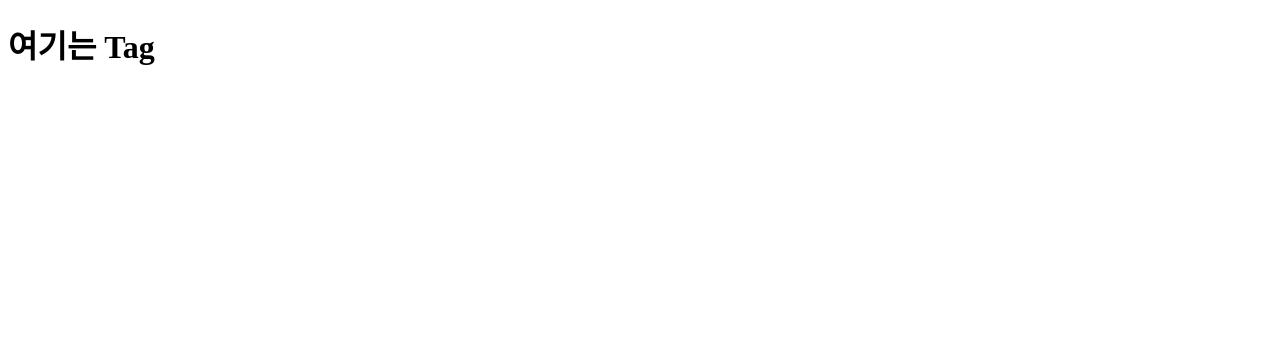
Repository: kvmhyvmvn/Study_JspServlet
Page: WorkSpace/03.Tag/src/main/webapp/index.html
An editor plug-in stored every save of this project. The page is shown before and after the next save, followed by the edit.
The browser window is 1280 px wide. The pictures show the whole page.

Above is the page before, as saved 2023-05-19 00:48:34.

### WorkSpace/03.Tag/src/main/webapp/index.html
<!DOCTYPE html>
<html>
<head>
<meta charset="UTF-8">
<title>Insert title here</title>
</head>
<body>
	<h1>여기는 Tag</h1>
</body>
</html>

After the next save:
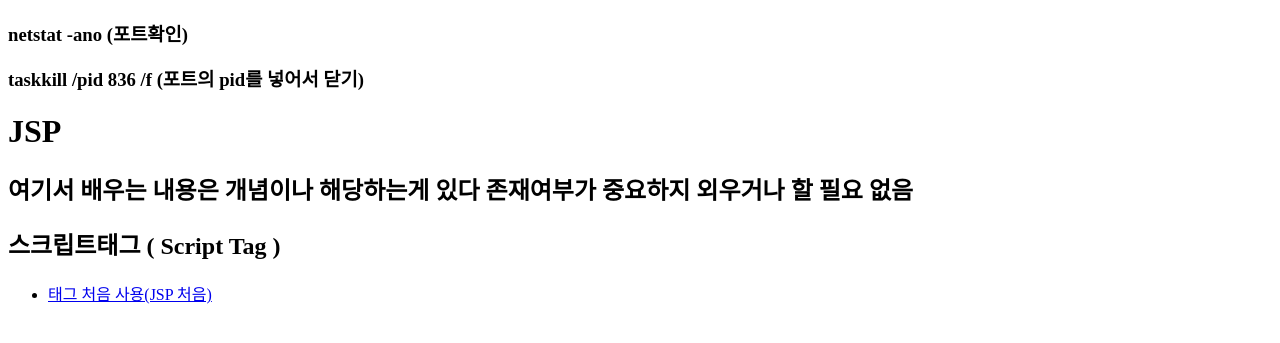
Saved 9 min 54 s later.
--- a/WorkSpace/03.Tag/src/main/webapp/index.html
+++ b/WorkSpace/03.Tag/src/main/webapp/index.html
@@ -5,6 +5,15 @@
 <title>Insert title here</title>
 </head>
 <body>
-	<h1>여기는 Tag</h1>
+	<h3>netstat -ano (포트확인)</h3>
+	<h3>taskkill /pid 836 /f (포트의 pid를 넣어서 닫기)</h3>
+
+	<h1> JSP </h1>
+	<h2>여기서 배우는 내용은 개념이나 해당하는게 있다 존재여부가 중요하지 외우거나 할 필요 없음</h2>
+	<h2> 스크립트태그 ( Script Tag )</h2>
+
+	<ul>
+		<li><a href="01.Script/Ex00Into.jsp">태그 처음 사용(JSP 처음)</a>
+	</ul>
 </body>
 </html>
